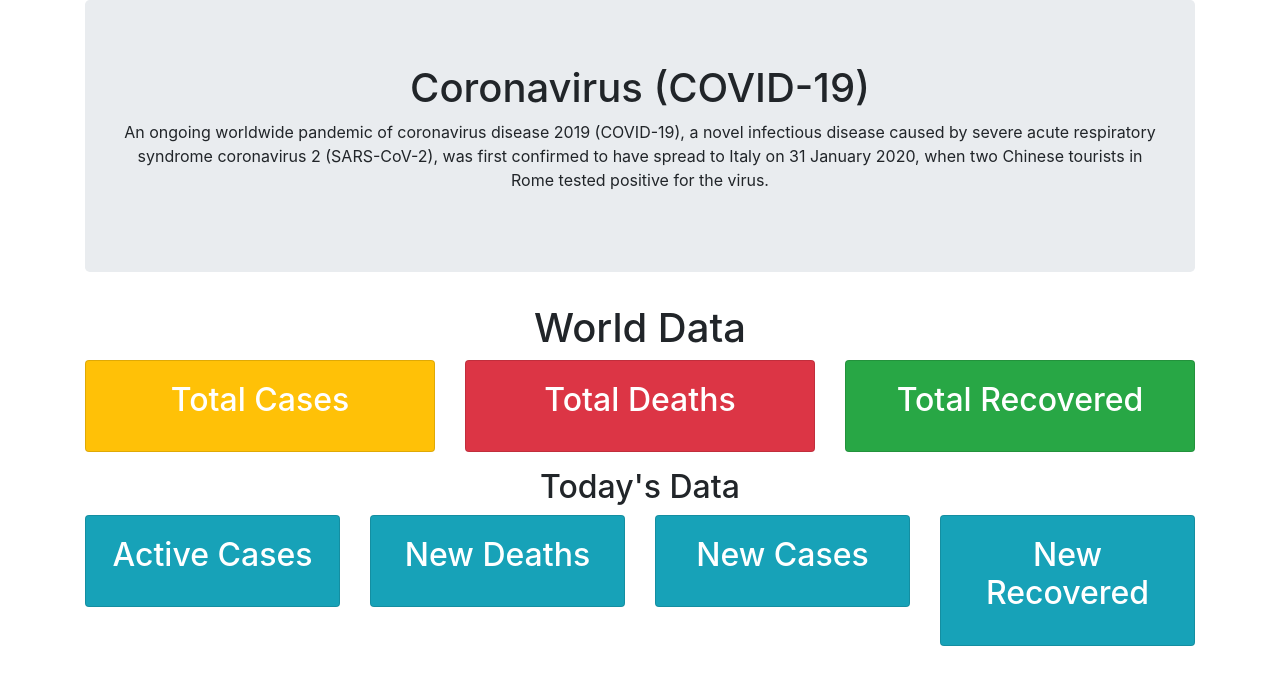
Repository: ahmadsaadkhan/react-covid-app
Page: /
The author's editor kept a copy of each file at every save. The page is drawn from the files as they stood at one save, then again after the next save.
The browser window is 1280 px wide. The pictures show the whole page.
The page's requests for data from a server got no answer. The project was rebuilt for these pictures with package versions that can differ from the ones it lists, and the page was loaded fresh each time. No one was signed in, and anything a server would have sent is missing.

Above is the page before, as saved 2021-04-19 16:02:49.

### public/index.html
<!DOCTYPE html>
<html lang="en">

<head>
    <meta charset="utf-8" />
    <link rel="icon" href="%PUBLIC_URL%/favicon.ico" />
    <meta name="viewport" content="width=device-width, initial-scale=1" />
    <meta name="theme-color" content="#000000" />
    <meta name="description" content="Web site created using create-react-app" />
    <link rel="apple-touch-icon" href="%PUBLIC_URL%/logo192.png" />
    <!--
      manifest.json provides metadata used when your web app is installed on a
      user's mobile device or desktop. See https://developers.google.com/web/fundamentals/web-app-manifest/
    -->
    <link rel="manifest" href="%PUBLIC_URL%/manifest.json" />
    <link rel="stylesheet" href="https://cdn.jsdelivr.net/npm/bootstrap@4.6.0/dist/css/bootstrap.min.css" integrity="sha384-B0vP5xmATw1+K9KRQjQERJvTumQW0nPEzvF6L/Z6nronJ3oUOFUFpCjEUQouq2+l" crossorigin="anonymous" />
    <!--
      Notice the use of %PUBLIC_URL% in the tags above.
      It will be replaced with the URL of the `public` folder during the build.
      Only files inside the `public` folder can be referenced from the HTML.

      Unlike "/favicon.ico" or "favicon.ico", "%PUBLIC_URL%/favicon.ico" will
      work correctly both with client-side routing and a non-root public URL.
      Learn how to configure a non-root public URL by running `npm run build`.
    -->
    <title>React App</title>
</head>

<body>
    <noscript>You need to enable JavaScript to run this app.</noscript>
    <div id="root"></div>
    <!--
      This HTML file is a template.
      If you open it directly in the browser, you will see an empty page.

      You can add webfonts, meta tags, or analytics to this file.
      The build step will place the bundled scripts into the <body> tag.

      To begin the development, run `npm start` or `yarn start`.
      To create a production bundle, use `npm run build` or `yarn build`.
    -->
</body>

</html>

### src/App.js
import './App.css';
import { useState } from 'react';
import { useEffect } from 'react';

function App() {

  const [Covid_Data, setCovid_Data] = useState(null);

  const getData = () => {
    fetch("https://vaccovid-coronavirus-vaccine-and-treatment-tracker.p.rapidapi.com/api/npm-covid-data/world", {
      "method": "GET",
      "headers": {
        "x-rapidapi-key": "3d33dc1e13mshc5f97558480723fp15e23bjsnc1db1b7183da",
        "x-rapidapi-host": "vaccovid-coronavirus-vaccine-and-treatment-tracker.p.rapidapi.com"
      }
    })
      .then(response => {
        return response.json();
      })
      .then(data => {
        console.log(data);
        setCovid_Data(data);
      })
      .catch(err => {
        console.error(err);
      });


  }

  useEffect(() => {
    getData()
  }, [])

  return (
    <div className="App">
      <div className="container">
        <div className="jumbotron text-center">
          <h1>Coronavirus (COVID-19)</h1>
          <p>An ongoing worldwide pandemic of coronavirus disease 2019 (COVID-19), a novel infectious disease caused by severe acute respiratory syndrome coronavirus 2 (SARS-CoV-2), was first confirmed to have spread to Italy on 31 January 2020, when two Chinese tourists in Rome tested positive for the virus.</p>
        </div>
        <h1>World Data</h1>
        <div className="row">
          <div className="col-md-4">
            <div className="card text-white bg-warning mb-3">
              <div className="card-body">
                <h2 className="card-title"> Total Cases</h2>
                <p className="card-text h3">{Covid_Data && Covid_Data[0].TotalCases}</p>
              </div>
            </div>
          </div>
          <div className="col-md-4">
            <div className="card text-white bg-danger mb-3">
              <div className="card-body">
                <h2 className="card-title"> Total Deaths</h2>
                <p className="card-text h3">{Covid_Data && Covid_Data[0].TotalDeaths}</p>
              </div>
            </div>
          </div>
          <div className="col-md-4">
            <div className="card text-white bg-success mb-3">
              <div className="card-body">
                <h2 className="card-title"> Total Recovered</h2>
                <p className="card-text h3">{Covid_Data && Covid_Data[0].TotalRecovered}</p>
              </div>
            </div>
          </div>
        </div>

        <h2>Today's Data</h2>
        <div className="row">

          <div className="col-md-3">
            <div className="card text-white bg-info mb-3">
              <div className="card-body">
                <h2 className="card-title"> Active Cases</h2>
                <p className="card-text h3">{Covid_Data && Covid_Data[0].ActiveCases}</p>
              </div>
            </div>
          </div>

          <div className="col-md-3">
            <div className="card text-white bg-info mb-3">
              <div className="card-body">
                <h2 className="card-title"> New Deaths</h2>
                <p className="card-text h3">{Covid_Data && Covid_Data[0].NewDeaths}</p>
              </div>
            </div>
          </div>

          <div className="col-md-3">
            <div className="card text-white bg-info mb-3">
              <div className="card-body">
                <h2 className="card-title"> New Cases</h2>
                <p className="card-text h3">{Covid_Data && Covid_Data[0].NewCases}</p>
              </div>
            </div>
          </div>

          <div className="col-md-3">
            <div className="card text-white bg-info mb-3">
              <div className="card-body">
                <h2 className="card-title"> New Recovered</h2>
                <p className="card-text h3">{Covid_Data && Covid_Data[0].NewRecovered}</p>
              </div>
            </div>
          </div>

        </div>

      </div>
    </div>
  );
}

export default App;

Loaded but not shown: src/index.js (common file); src/index.css (common file); src/App.css (common file)

After the next save:
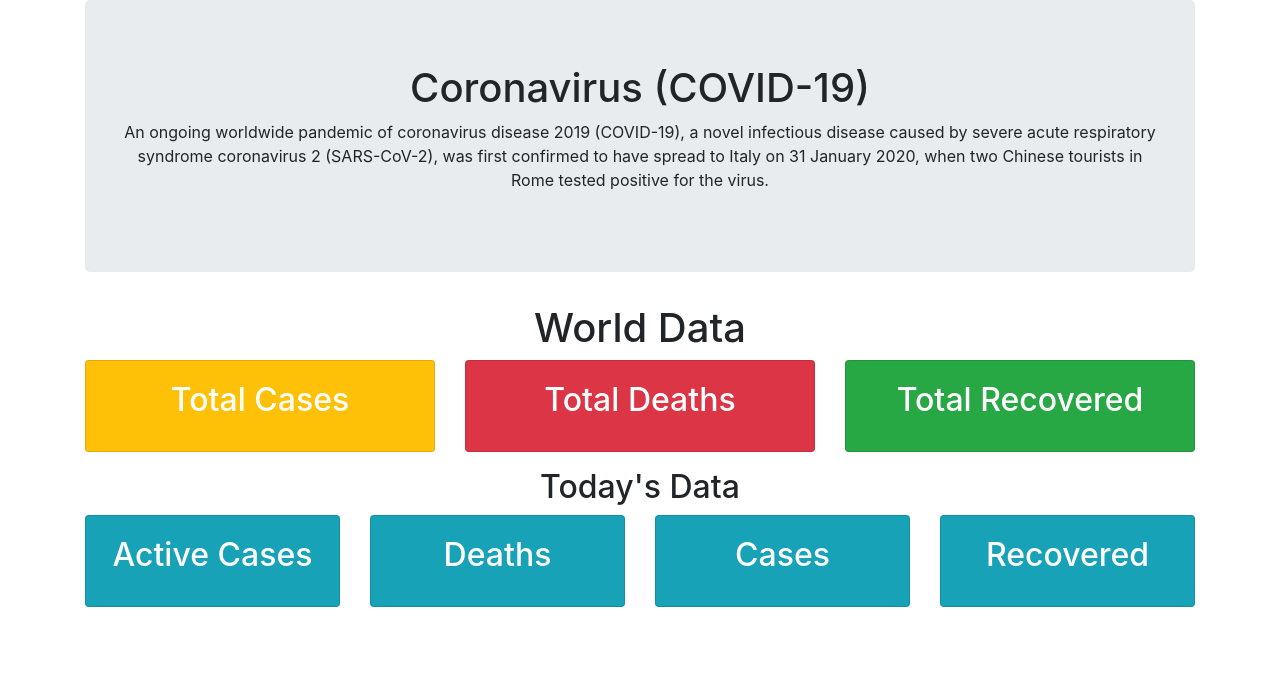
Saved 24 s later.
--- a/src/App.js
+++ b/src/App.js
@@ -82,7 +82,7 @@ function App() {
           <div className="col-md-3">
             <div className="card text-white bg-info mb-3">
               <div className="card-body">
-                <h2 className="card-title"> New Deaths</h2>
+                <h2 className="card-title">Deaths</h2>
                 <p className="card-text h3">{Covid_Data && Covid_Data[0].NewDeaths}</p>
               </div>
             </div>
@@ -91,7 +91,7 @@ function App() {
           <div className="col-md-3">
             <div className="card text-white bg-info mb-3">
               <div className="card-body">
-                <h2 className="card-title"> New Cases</h2>
+                <h2 className="card-title">Cases</h2>
                 <p className="card-text h3">{Covid_Data && Covid_Data[0].NewCases}</p>
               </div>
             </div>
@@ -100,7 +100,7 @@ function App() {
           <div className="col-md-3">
             <div className="card text-white bg-info mb-3">
               <div className="card-body">
-                <h2 className="card-title"> New Recovered</h2>
+                <h2 className="card-title">Recovered</h2>
                 <p className="card-text h3">{Covid_Data && Covid_Data[0].NewRecovered}</p>
               </div>
             </div>
